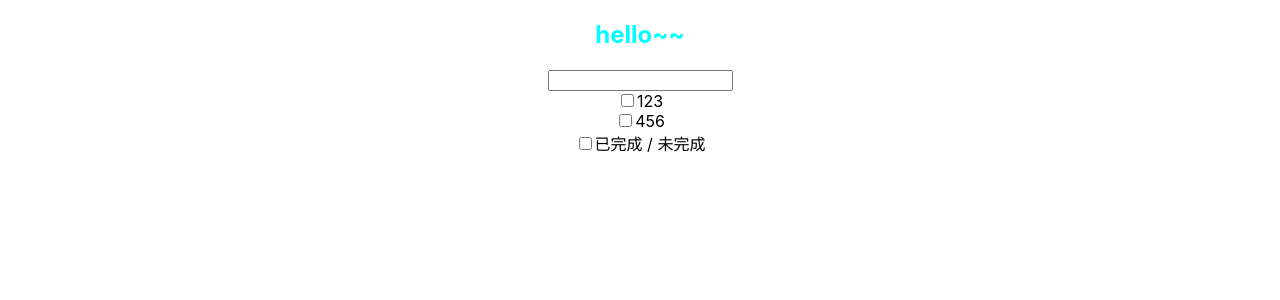
Repository: Gaays/React-todo-list
Page: /
The author's editor kept a copy of each file at every save. The page is drawn from the files as they stood at one save, then again after the next save.
The browser window is 1280 px wide. The pictures show the whole page.
The project was rebuilt for these pictures with package versions that can differ from the ones it lists, and the page was loaded fresh each time.

Above is the page before, as saved 2022-10-17 20:37:00.

After the next save:
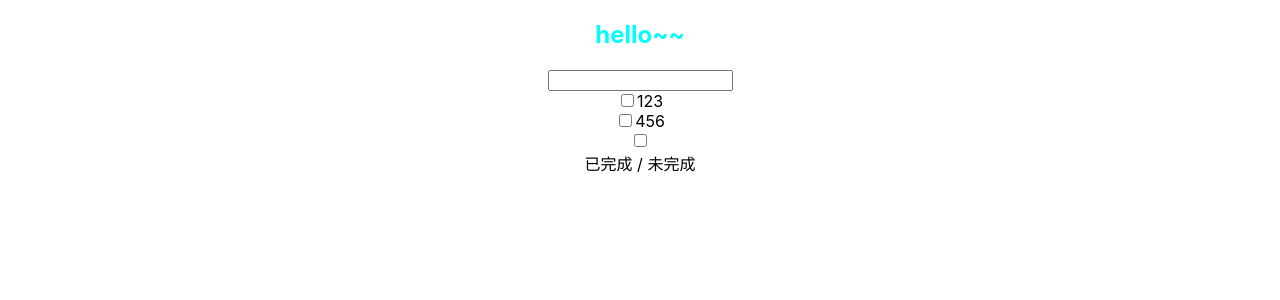
Saved 39 s later.
--- a/src/components/Todo/index.jsx
+++ b/src/components/Todo/index.jsx
@@ -96,7 +96,7 @@ export default class Todo extends Component {
         <div>{todoList}</div>
         <div >
           <input type="checkbox" checked={this.state.checkAll} onChange={this.handleCheckAll} />
-          已完成{this.getDoneCount} / 未完成{this.getUndoneCount}
+          <div>已完成{this.getDoneCount} / 未完成{this.getUndoneCount}</div>
         </div>
       </div>
     )
